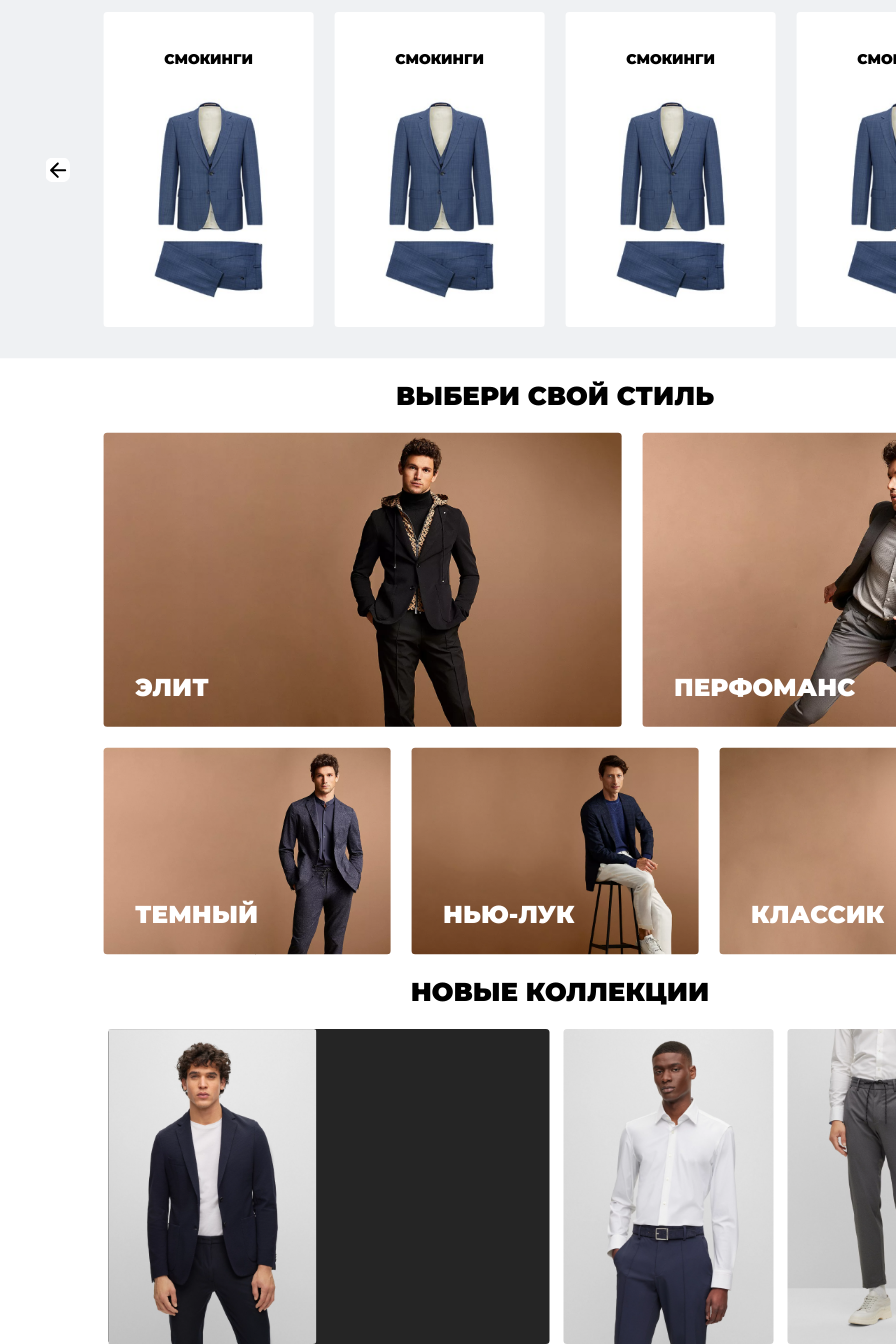
Repository: MaksimKrupkin/SigmaEllegance
Page: /
An editor plug-in stored every save of this project. The page is shown before and after the next save, followed by the edit.
The browser window is 1280 px wide. The pictures show the part of the page from y = 873 to 2793 px (the page is 2793 px tall), at 70% of full size.
An inner scrolling area shows only its first screen. Some web fonts or font styles are not loaded; a fallback is used. The project was rebuilt for these pictures with package versions that can differ from the ones it lists, and the page was loaded fresh each time.

Above is the page before, as saved 2023-11-23 23:17:05.

### public/index.html
<!DOCTYPE html>
<html lang="en">
  <head>
    <meta charset="utf-8" />

    <meta name="viewport" content="width=device-width, initial-scale=1" />

    <link rel="preconnect" href="https://fonts.googleapis.com" />
    <link rel="preconnect" href="https://fonts.gstatic.com" crossorigin />
    <link
      href="https://fonts.googleapis.com/css2?family=Roboto:wght@400;500;700&display=swap"
      rel="stylesheet" />
    <link
      href="https://fonts.googleapis.com/css2?family=Montserrat:ital,wght@0,300;0,500;0,600;0,900;1,400;1,500&family=Roboto:wght@400;500;700&display=swap"
      rel="stylesheet" />
    <link rel="preconnect" href="https://fonts.googleapis.com" />
    <link rel="preconnect" href="https://fonts.gstatic.com" crossorigin />
    <link
      href="https://fonts.googleapis.com/css2?family=Montserrat:wght@300&family=Roboto:wght@400;500;700&display=swap"
      rel="stylesheet" />
    <link href="https://fonts.cdnfonts.com/css/montserrat" rel="stylesheet" />
    <title>SigmaEllegance</title>
  </head>
  <body>
    <div id="root"></div>
  </body>
</html>

### src/App.js
import Header from './Components/Header/Header';
import HomePage from './Pages/HomePage';
import styles from './App.module.css';

function App() {
  return (
    <body>
      <div className={styles.container}>
        <Header />
        <HomePage />
      </div>
    </body>
  );
}

export default App;

### src/Components/Header/Header.jsx
import React from 'react';
import styles from './Header.module.css';
import logo from '../../assets/img/logo.svg';
import icon1 from '../../assets/img/Icon1.svg';
import icon2 from '../../assets/img/icon2.svg';
import icon3 from '../../assets/img/icon3.svg';
import icon4 from '../../assets/img/icon4.svg';

function Header() {
  return (
    <header className={styles.header}>
      <div className={styles.left_part}>
        <div className={styles.menu}>
          <img className={styles.icon1} src={icon1} alt="" />
          <p>Меню</p>
        </div>
        <div className={styles.search}>
          <img className={styles.icon2} src={icon2} alt="" />
          <p>Поиск</p>
        </div>
      </div>
      <div className={styles.logo_part}>
        <img className={styles.logo} src={logo} alt="" />
        <p>SigmaEllegance</p>
      </div>
      <div className={styles.right_part}>
        <div className={styles.liked}>
          <p>Желаемое</p>
          <img className={styles.icon3} src={icon3} alt="" />
        </div>
        <div className={styles.purchases}>
          <p>Мой SE</p>
          <img className={styles.icon4} src={icon4} alt="" />
        </div>
      </div>
    </header>
  );
}

export default Header;

### src/Pages/HomePage.jsx
import React from 'react';
import styles from './HomePage.module.css';
import mainScreenImage from '../assets/img/background.png';
import Slider from '../Components/Slider/Slider';
import Styles from '../Components/Styles/Styles';
import Collections from '../Components/Collections/Collections';

function HomePage() {
  return (
    <>
      <div className={styles.mainScreen}>
        <div className={styles.textBlock}>
          <div className={styles.title}>Мужская классика</div>
          <div className={styles.text}>
            Наши фирменные костюмы — это то, чем мы известны. Откройте для себя классические формы и
            оттенки, подходящие для вашего образа жизни.
          </div>
          <button className={styles.mainScreen_button}>Смотреть коллекцию</button>
        </div>
      </div>
      <Slider />
      <Styles />
      <Collections />
    </>
  );
}

export default HomePage;

### src/App.module.css
body {
  font-family: 'Montserrat', sans-serif;
  display: block;
  margin: 0 auto;
  padding: 0;
  width: 100%;
  overflow-x: hidden;
}
.container {
  width: 1600px;
  display: block;
  margin: 0 auto;
  position: relative;
}

*,
*::before,
*::after {
  box-sizing: border-box;
}

/* Links */

a,
a:link,
a:visited {
  text-decoration: none;
}

a:hover {
  text-decoration: none;
}

/* Common */

aside,
nav,
footer,
header,
section,
main {
  display: block;
}

h1,
h2,
h3,
h4,
h5,
h6,
p {
  font-size: inherit;
  font-weight: inherit;
}

ul,
ul li {
  list-style: none;
}

img {
  vertical-align: top;
}

img,
svg {
  max-width: 100%;
  height: auto;
}

address {
  font-style: normal;
}

/* Form */

input,
textarea,
button,
select {
  font-family: inherit;
  font-size: inherit;
  color: inherit;
  background-color: transparent;
}

input::-ms-clear {
  display: none;
}

button,
input[type='submit'] {
  display: inline-block;
  box-shadow: none;
  background-color: transparent;
  background: none;
  cursor: pointer;
}

input:focus,
input:active,
button:focus,
button:active {
  outline: none;
}

button::-moz-focus-inner {
  padding: 0;
  border: 0;
}

label {
  cursor: pointer;
}

legend {
  display: block;
}

### src/Components/Header/Header.module.css
.header {
  font-family: 'Montserrat', sans-serif;
  margin: 0 auto;
  width: 100%;
  height: 10vh;
  display: flex;
  justify-content: space-around;
  align-items: center;
}

.left_part {
  display: flex;
  justify-content: space-between;
  align-items: center;
  gap: 25px;
  color: #000;
  margin-bottom: -2px;

  font-family: Montserrat;
  font-size: 17px;
  font-style: normal;
  font-weight: 400;
  line-height: normal;
}
.menu {
  display: flex;
  justify-content: space-between;
  align-items: center;
  gap: 8px;
}
.icon1 {
  width: 22px;
  height: 22px;
  margin-bottom: 1px;
}
.search {
  display: flex;
  justify-content: space-between;
  align-items: center;
  gap: 8px;
}
.icon2 {
  width: 18px;
  height: 18px;
  margin-bottom: 3px;
}

.logo_part {
  margin-bottom: 3px;
  display: flex;
  justify-content: space-between;
  align-items: center;

  color: #000;

  font-family: Montserrat;
  font-size: 25px;
  font-style: normal;
  font-weight: 400;
  line-height: normal;
}

.logo {
  width: 67.375px;
  height: 69.103px;
  flex-shrink: 0;
  margin-right: -10px;
}
.right_part {
  margin-bottom: -2px;
  display: flex;
  justify-content: space-between;
  align-items: center;
  gap: 23px;
  font-family: Montserrat;
  font-size: 17px;
  font-style: normal;
  font-weight: 400;
  line-height: normal;
}

.liked {
  display: flex;
  justify-content: space-between;
  align-items: center;
  gap: 8px;
}
.icon3 {
  width: 22px;
  height: 22px;
  margin-bottom: 3px;
}

.purchases {
  display: flex;
  justify-content: space-between;
  align-items: center;
  gap: 8px;
}

.icon4 {
  width: 19px;
  height: 19px;
  margin-bottom: 3px;
}

### src/Pages/HomePage.module.css
.mainScreen {
  width: 1900px;
  height: 773px;
  position: relative;
  background-image: url(../assets/img/background.png);
  background-repeat: no-repeat;
  position: relative;
}
.mainScreen__image {
  width: 100%;
  height: 90vh;
}
.textBlock {
  position: absolute;
  top: 200px;
  left: 130px;
}
.title {
  color: #fff;
  font-family: Montserrat;
  font-size: 53px;
  font-style: normal;
  font-weight: 900;
  line-height: normal;
  text-transform: uppercase;
}

.text {
  margin-top: 50px;
  width: 550px;
  color: #fff;
  font-family: Montserrat;
  font-size: 25px;
  font-style: normal;
  font-weight: 400;
  line-height: 135%; /* 33.75px */
}
.mainScreen_button {
  display: flex;
  justify-content: center;
  align-items: center;
  margin-top: 60px;
  font-size: 20px;
  height: 40px;
  padding-left: 10px;
  padding-right: 10px;
  color: white;
  border: 3px solid white;
  border-radius: 5px;
  transition: all 0.1s ease-in;
}
.mainScreen_button:hover {
  scale: 1.02;
}

### src/Components/Slider/Slider.jsx
import React from 'react';
import styles from './Slider.module.css';
import leftArrow from '../../assets/img/Left Arrow.svg';
import rightArrow from '../../assets/img/Right Arrow.svg';
import SliderCard from '../SliderCard/SliderCard';

export default function Slider() {
  return (
    <div className={styles.slider_wrapper}>
      <img className={styles.leftArrow} src={leftArrow} alt="" />

      <div className={styles.slider}>
        <SliderCard />
        <SliderCard />
        <SliderCard />
        <SliderCard />
      </div>
      <img className={styles.rightArrow} src={rightArrow} alt="" />
    </div>
  );
}

### src/Components/Styles/Styles.jsx
import React from 'react';
import styles from './Styles.module.css';

export default function Styles() {
  return (
    <section className={styles.styles_section}>
      <h2 className={styles.title}>Выбери свой стиль</h2>
      <div className={styles.styles_wrapper}>
        <div className={styles.topLine}>
          <a>
            <div className={styles.style1}>
              <span className={styles.subtitle}>Элит</span>
            </div>
          </a>
          <a>
            <div className={styles.style2}>
              <span className={styles.subtitle}>Перфоманс</span>
            </div>
          </a>
        </div>
        <div className={styles.bottomLine}>
          <a>
            <div className={styles.style3}>
              <span className={styles.subtitle}>Темный</span>
            </div>
          </a>
          <a>
            <div className={styles.style4}>
              <span className={styles.subtitle}>Нью-лук</span>
            </div>
          </a>
          <a>
            <div className={styles.style5}>
              <span className={styles.subtitle}>Классик</span>
            </div>
          </a>
        </div>
      </div>
    </section>
  );
}

### src/Components/Collections/Collections.jsx
import React from 'react';
import styles from './Collections.module.css';
import image1 from '../../assets/img/collection1.png';

export default function Collections() {
  return (
    <section className={styles.collections_section}>
      <h2 className={styles.title}>Новые коллекции</h2>
      <div className={styles.collections_wrapper}>
        <div className={styles.collections_top}>
          <div className={styles.collection1}>
            <img className={styles.collection1_image} src={image1} alt="" />
            <p className={styles.subtitle}>New era —New Rules New life & emotions</p>
            <a className={styles.button}>Смотреть</a>
            <div className={styles.rightPart}></div>
          </div>

          <div className={styles.collection2}></div>
          <div className={styles.collection3}></div>
        </div>
        <div className={styles.collections_bottom}></div>
      </div>
    </section>
  );
}

### src/Components/Slider/Slider.module.css
.slider_wrapper {
  width: 1586px;
  height: 540px;
  background-color: #eff1f3;
  display: flex;
  flex-wrap: nowrap;
  justify-content: space-between;
  align-items: center;
  gap: 20px;
  overflow: hidden;
  padding-left: 65px;
  padding-right: 65px;
}
.leftArrow {
  display: block;
  width: 35px;
  height: 35px;
}
.slider {
  width: 1290px;
  display: flex;
  justify-content: space-between;
  align-items: center;
  gap: 30px;
}
.rightArrow {
  display: block;
  width: 35px;
  height: 35px;
}

### src/Components/SliderCard/SliderCard.jsx
import React from 'react';
import styles from './SliderCard.module.css';
import cardImage from '../../assets/img/card1.png';

export default function SliderCard() {
  return (
    <div className={styles.card}>
      <p className={styles.card_title}>Смокинги</p>
      <img className={styles.card_image} src={cardImage} alt="" />
    </div>
  );
}

### src/Components/Styles/Styles.module.css
.styles_section {
  width: 1586px;
  background-color: white;
  display: flex;
  flex-direction: column;
  align-items: center;
}
.title {
  color: #000;
  font-family: Montserrat;
  font-size: 37px;
  font-style: normal;
  font-weight: 700;
  line-height: normal;
  text-transform: uppercase;
}
.styles_wrapper {
  width: 1290px;
  display: flex;
  flex-direction: column;
  justify-content: space-between;
  gap: 30px;
}
.topLine {
  display: flex;
  justify-content: space-between;
  align-items: center;
  gap: 30px;
}

.bottomLine {
  display: flex;
  justify-content: space-between;
  align-items: center;
  gap: 30px;
}
.style1 {
  width: 740px;
  height: 420px;
  background-image: url(../../assets/img/style-1.png);
  color: #fff;
  border-radius: 5px;
  position: relative;
}
.style2 {
  width: 520px;
  height: 420px;
  background-image: url(../../assets/img/style-2.png);
  color: #fff;
  border-radius: 5px;
  position: relative;
}
.style3 {
  width: 410px;
  height: 295px;
  background-image: url(../../assets/img/style-3.png);
  color: #fff;
  border-radius: 5px;
  position: relative;
}
.style4 {
  width: 410px;
  height: 295px;
  background-image: url(../../assets/img/style-4.png);
  color: #fff;
  border-radius: 5px;
  position: relative;
}
.style5 {
  width: 410px;
  height: 295px;
  background-image: url(../../assets/img/style-5.png);
  color: #fff;
  border-radius: 5px;
  position: relative;
}
.subtitle {
  font-family: Montserrat;
  font-size: 35px;
  font-style: normal;
  font-weight: 800;
  line-height: normal;
  text-transform: uppercase;
  position: absolute;
  bottom: 35px;
  left: 45px;
}

### src/Components/Collections/Collections.module.css
.collections_section {
  width: 1600px;
  display: flex;
  flex-direction: column;
  align-items: center;
}
.title {
  color: #000;

  font-family: Montserrat;
  font-size: 37px;
  font-style: normal;
  font-weight: 700;
  line-height: normal;
  text-transform: uppercase;
}
.collections_wrapper {
  width: 1290px;
  display: flex;
  flex-direction: column;
  justify-content: center;
}
.collections_top {
  display: flex;
  flex-direction: row;
  justify-content: space-between;
}

.collection1 {
  display: inline-block;

  vertical-align: top; /* Установка вертикального выравнивания */
  width: 630px; /* Установка ширины каждой коллекции */
  height: 450px; /* Установка высоты каждой коллекции */
  border-radius: 5px;
  background-size: cover; /* Растягивание изображения для заполнения контейнера */
  margin-right: 20px; /* Отступ между коллекциями */
  background-color: #252525;
}
.collection1_image {
  position: inherit;
  border-top-right-radius: 4px;
  border-bottom-right-radius: 5px;
  top: 0px;
  width: 297px;
  height: 100%;
}

.subtitle {
  position: relative;
  top: 70px;
  left: 65px;
  width: 195px;
  height: 148px;
  color: #fff;
  font-family: Montserrat;
  font-size: 30px;
  font-style: normal;
  font-weight: 900;
  line-height: normal;
  text-transform: uppercase;
}
.button {
  position: relative;
  top: 118px;
  left: 65px;
  display: block;
  width: 118px;
  height: 36px;
  border: 2px solid white;
  border-radius: 2px;
  background-color: transparent;
  color: white;
  padding-top: 8px;
  text-align: center;
  font-size: 13px;
  font-style: normal;
  font-weight: 700;
  line-height: normal;
}

.collection2 {
  display: inline-block;
  vertical-align: top; /* Установка вертикального выравнивания */
  width: 300px; /* Установка ширины каждой коллекции */
  height: 450px; /* Установка высоты каждой коллекции */
  border-radius: 5px;
  background-size: cover; /* Растягивание изображения для заполнения контейнера */
  margin-right: 20px; /* Отступ между коллекциями */
  background-image: url(../../assets/img/collection2.png);
}

.collection3 {
  display: inline-block;
  vertical-align: top; /* Установка вертикального выравнивания */
  width: 300px; /* Установка ширины каждой коллекции */
  height: 450px; /* Установка высоты каждой коллекции */
  border-radius: 5px;
  background-size: cover; /* Растягивание изображения для заполнения контейнера */
  margin-right: 20px; /* Отступ между коллекциями */
  background-image: url(../../assets/img/collection3.png);
}

### src/Components/SliderCard/SliderCard.module.css
.card {
  width: 300px;
  height: 450px;
  background-color: white;
  border-radius: 5px;
  display: flex;
  flex-direction: column;
  align-items: center;
  padding-top: 35px;
  padding-bottom: 65px;
  gap: 25px;
}
.card_title {
  color: #000;
  font-family: Montserrat;
  font-size: 20px;
  font-style: normal;
  font-weight: 700;
  line-height: normal;
  text-transform: uppercase;
}

.card_image {
  width: 190px;
}

Loaded but not shown: src/index.js (common file)

After the next save:
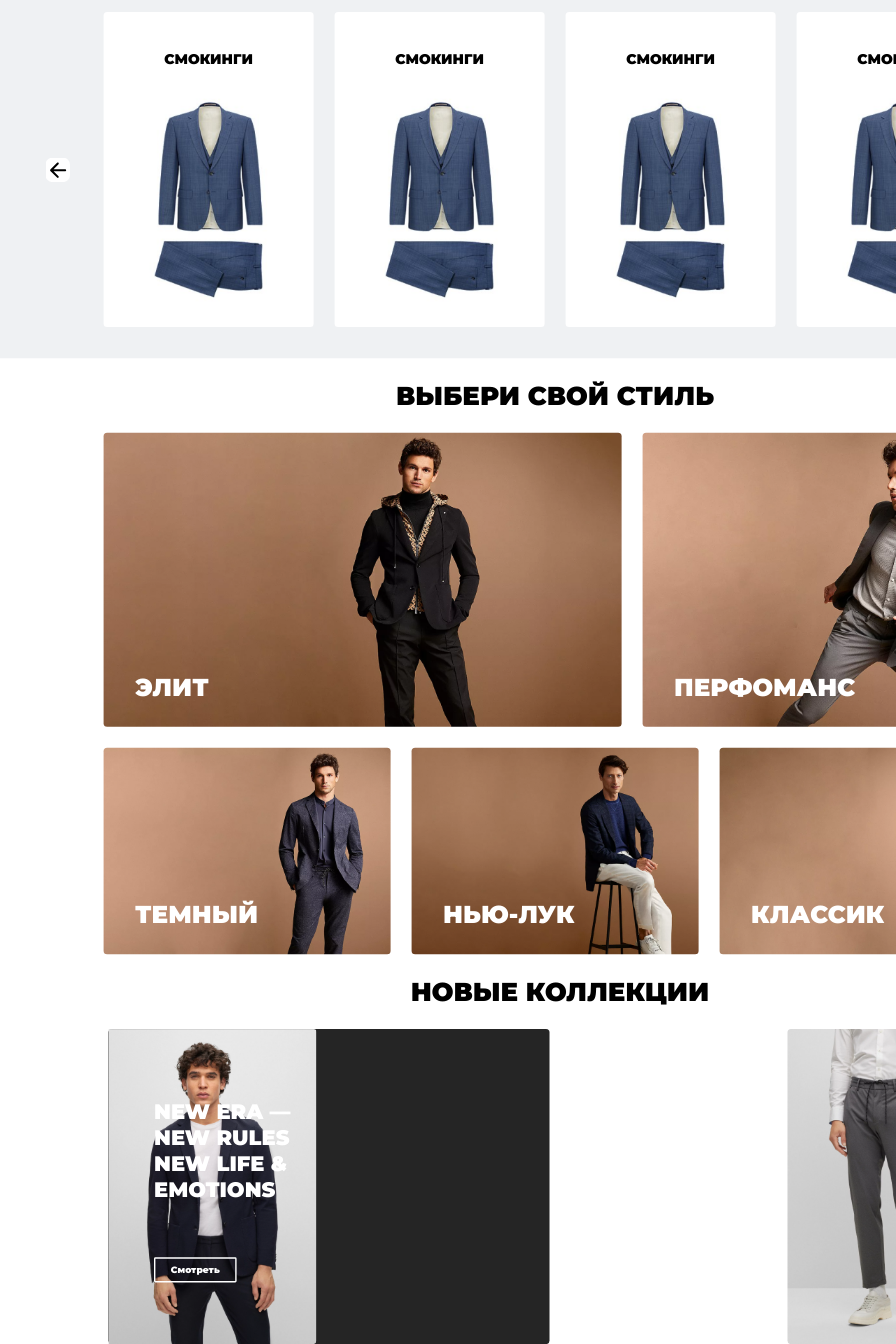
Saved 110 s later.
--- a/src/Components/Collections/Collections.module.css
+++ b/src/Components/Collections/Collections.module.css
@@ -28,12 +28,11 @@
 
 .collection1 {
   display: inline-block;
-
+  position: absolute;
   vertical-align: top; /* Установка вертикального выравнивания */
   width: 630px; /* Установка ширины каждой коллекции */
   height: 450px; /* Установка высоты каждой коллекции */
   border-radius: 5px;
-  background-size: cover; /* Растягивание изображения для заполнения контейнера */
   margin-right: 20px; /* Отступ между коллекциями */
   background-color: #252525;
 }
